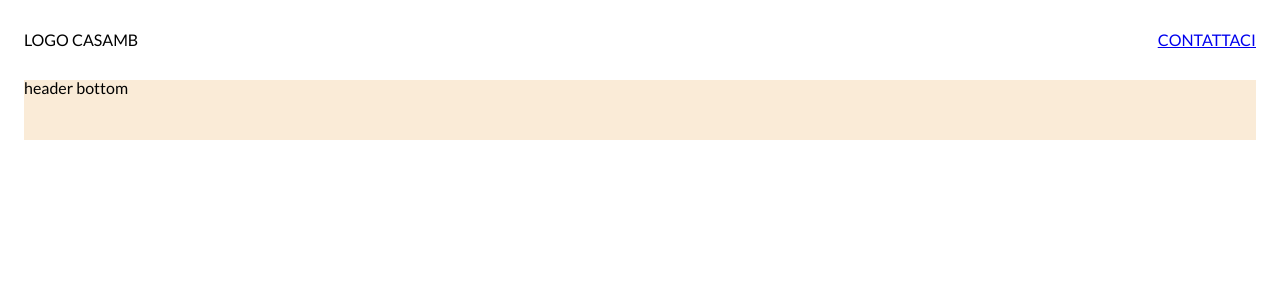
Repository: nicolorz/casamb
Page: /
These files come from the project's save history. The page is drawn as it stood at one moment and after the next save; the edit follows.
The browser window is 1280 px wide. The pictures show the whole page.
The project was rebuilt for these pictures with package versions that can differ from the ones it lists, and the page was loaded fresh each time. Also part of the build but not shown: src/index.css, src/App.css.

Above is the page before, as saved 2023-07-18 17:28:33.

After the next save:
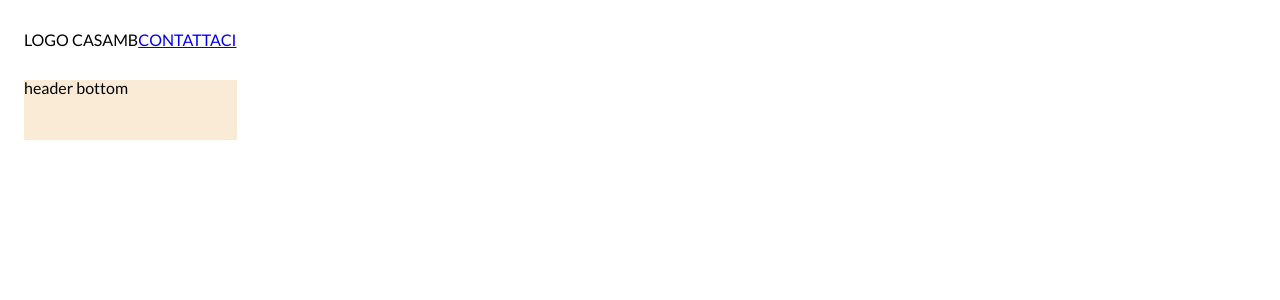
Saved 99 s later.
--- a/src/components/HeaderWrapper/Header.css
+++ b/src/components/HeaderWrapper/Header.css
@@ -1,5 +1,8 @@
 .header {
     padding: 0 24px;
+    position: fixed;
+    top: 0;
+    left: 0;
 }
 
 .header-top {

After the save that followed:
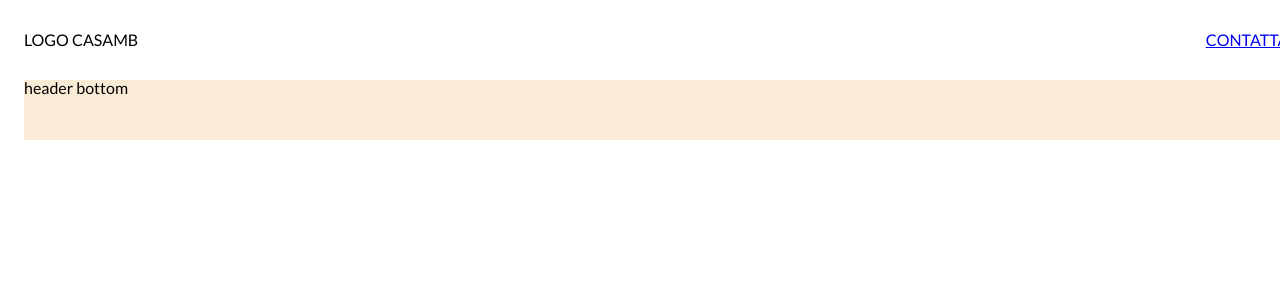
Saved 22 s later.
--- a/src/components/HeaderWrapper/Header.css
+++ b/src/components/HeaderWrapper/Header.css
@@ -1,4 +1,5 @@
 .header {
+    width: 100%;
     padding: 0 24px;
     position: fixed;
     top: 0;
